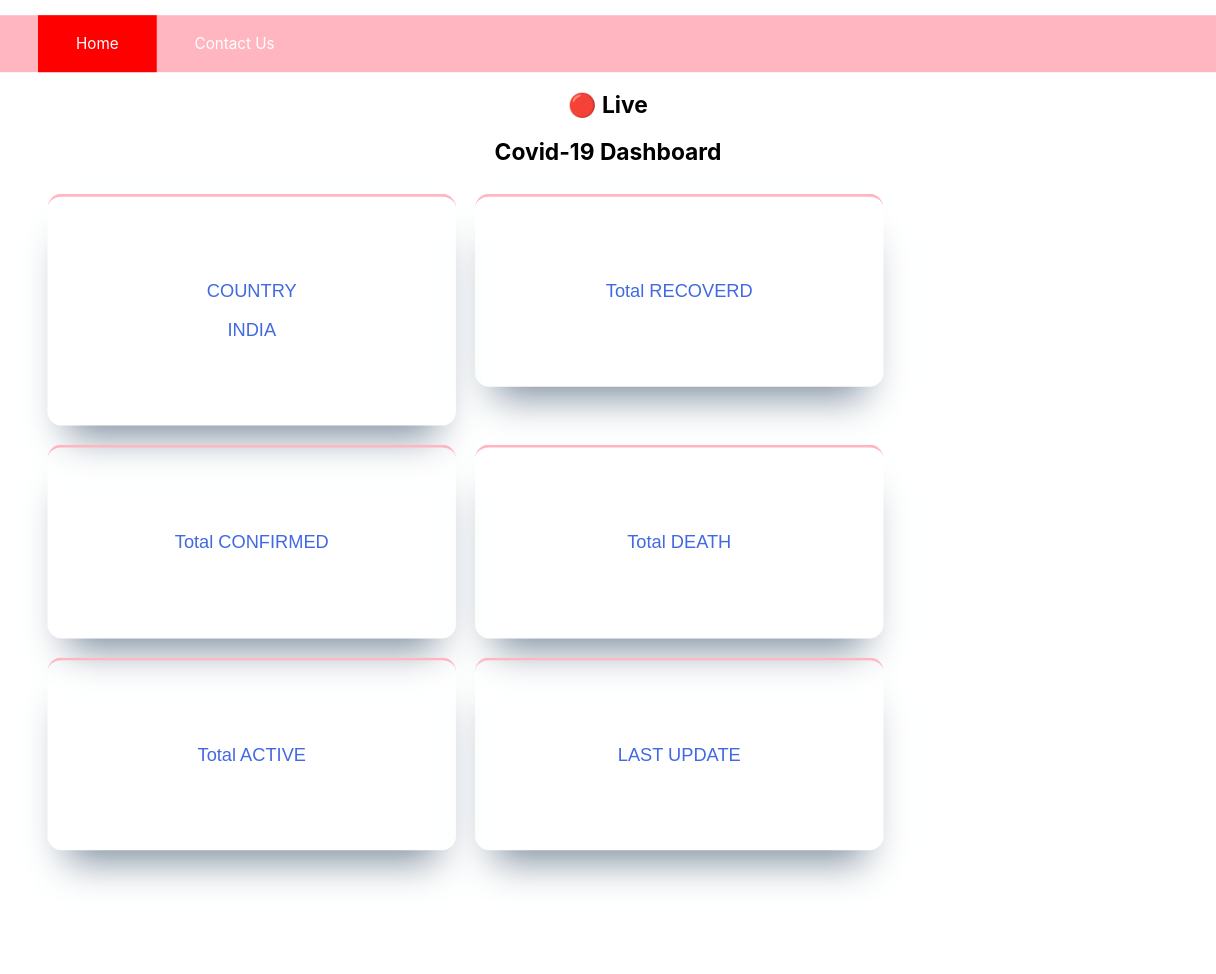
Repository: Aniketlamage/covid19-dashboard
Page: /
An editor plug-in stored every save of this project. The page is shown before and after the next save, followed by the edit.
The browser window is 1280 px wide. The pictures show the whole page, at 95% of full size.
The pointer rests on the first visible `.nav li`.
The page's requests for data from a server got no answer. The project was rebuilt for these pictures with package versions that can differ from the ones it lists, and the page was loaded fresh each time. No one was signed in, and anything a server would have sent is missing.

Above is the page before, as saved 2021-09-30 22:28:39.

After the next save:
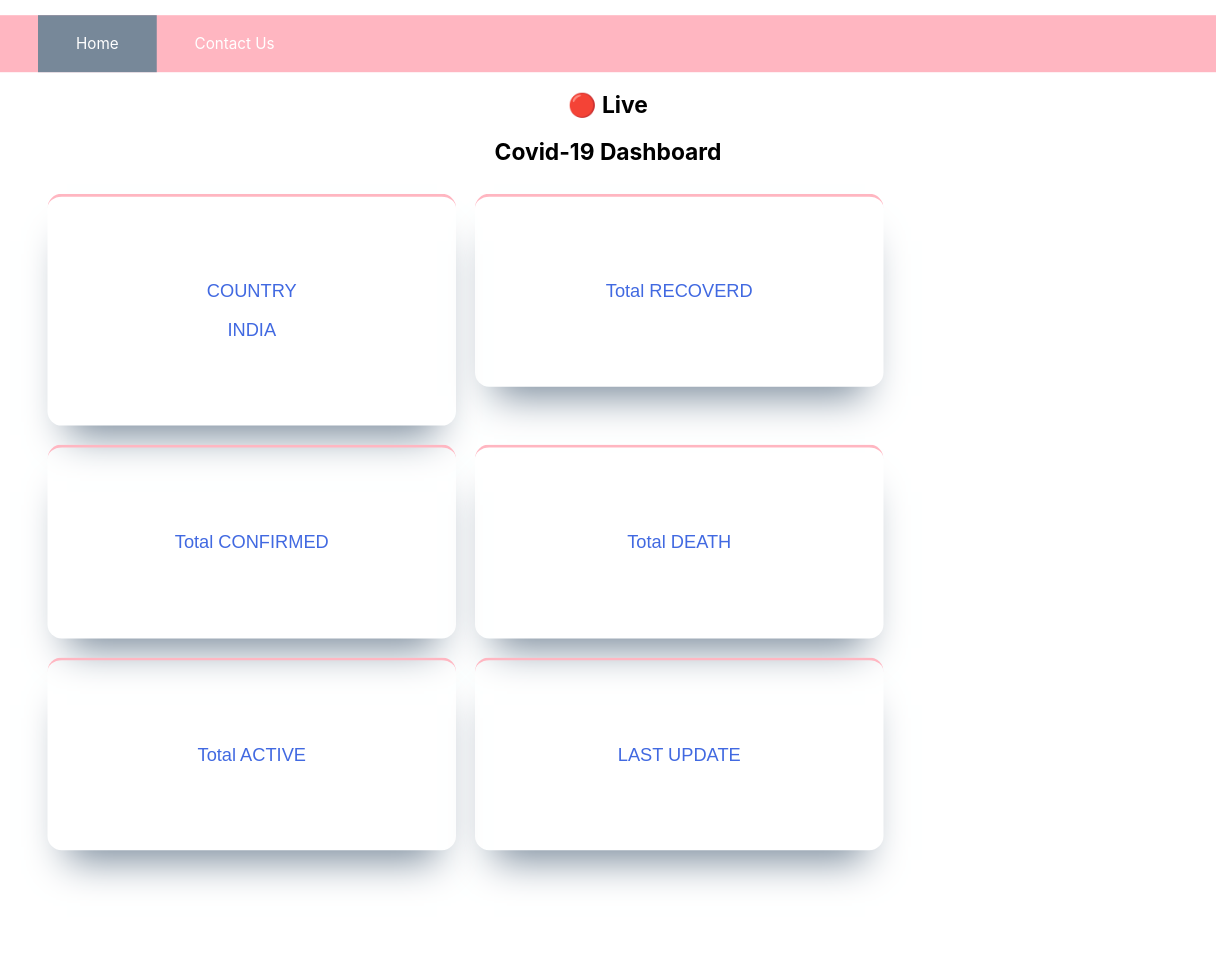
Saved 32 s later.
--- a/src/components/covid.css
+++ b/src/components/covid.css
@@ -99,7 +99,7 @@ div.card__main{
   }
 
   .nav li:hover {
-    background: red;
+    background: lightslategray;
     transition: background .3s;
   }
 
